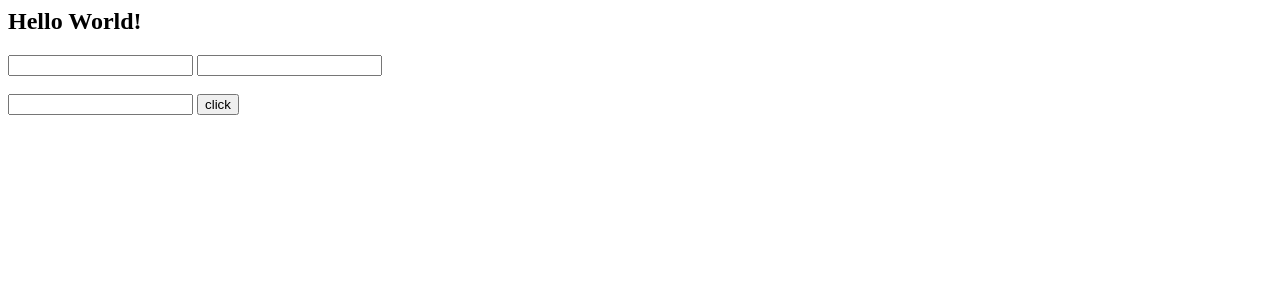
Repository: santhoshnaik/JavaPrajects
Page: http://localhost/SecondWeb/
The author's editor kept a copy of each file at every save. The page is drawn from the files as they stood at one save, then again after the next save.
The browser window is 1280 px wide. The pictures show the whole page.
The page is served by Tomcat 9.

Above is the page before, as saved 2018-04-16 11:19:04.

After the next save:
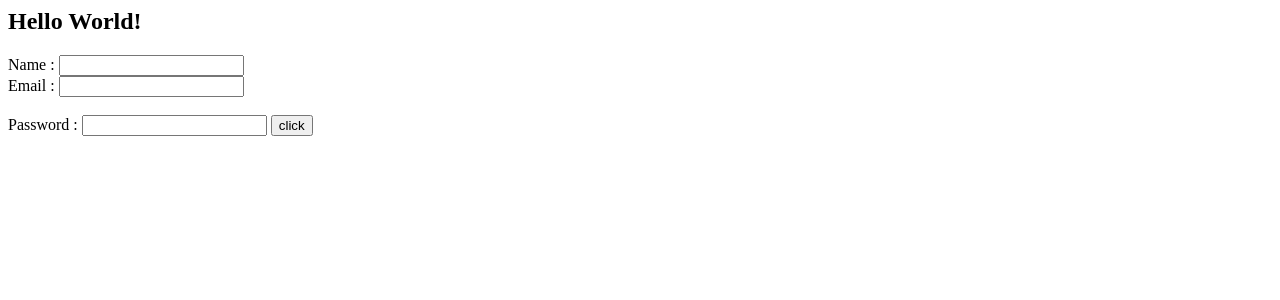
Saved 65 s later.
--- a/SecondWeb/src/main/webapp/index.jsp
+++ b/SecondWeb/src/main/webapp/index.jsp
@@ -2,9 +2,9 @@
 <body>
 <h2>Hello World!</h2>
 <form action="add">
-<input type="text" name="uname">
-<input type="email" name="email"><br><br>
-<input type="text" name="upass">
+Name : <input type="text" name="uname"><br>
+Email : <input type="email" name="email"><br><br>
+Password : <input type="text" name="upass">
 <input type="submit" value="click">
 </form>
 
